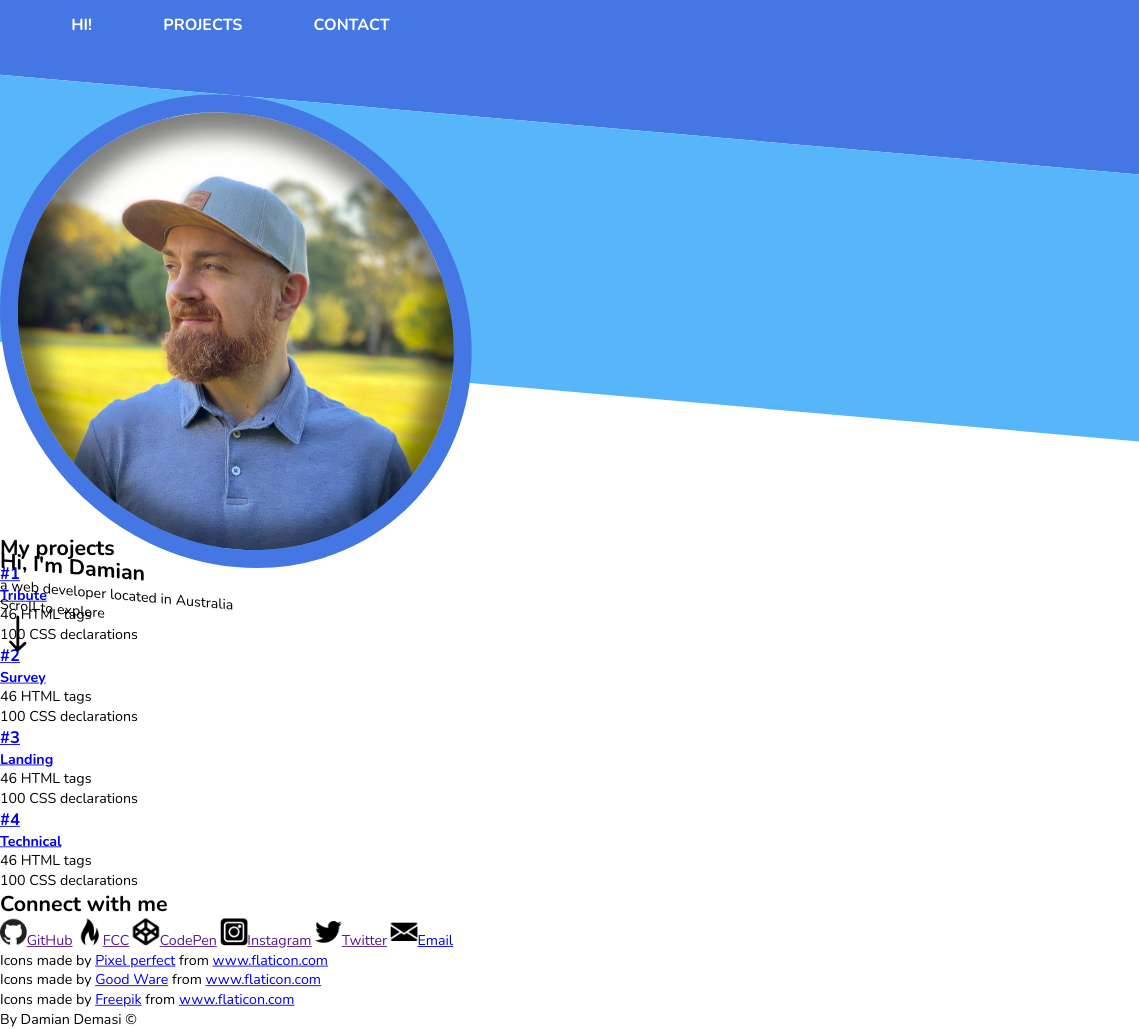
Repository: Colo-Codes/freecodecamp-05-Personal-Portfolio-Webpage
Page: index.html
An editor plug-in stored every save of this project. The page is shown before and after the next save, followed by the edit.
The browser window is 1280 px wide. The pictures show the whole page, at 89% of full size.

Above is the page before, as saved 2021-06-03 11:59:31.

### index.html
<!DOCTYPE html>
<html lang="en">
<head>
    <meta charset="UTF-8">
    <meta http-equiv="X-UA-Compatible" content="IE=edge">
    <meta name="viewport" content="width=device-width, initial-scale=1.0">
    <link rel="preconnect" href="https://fonts.gstatic.com">
    <link href="https://fonts.googleapis.com/css2?family=Nunito:wght@300;400;700&display=swap" rel="stylesheet">
    <link rel="stylesheet" href="./css/index.css">
    <title>Personal Portfolio Webpage</title>
</head>
<body>
    <header>
        <navbar id="navbar">
            <ul id="navbar-flex-container">
                <li class="navbar-flex-item">Hi!</li>
                <li class="navbar-flex-item">Projects</li>
                <li class="navbar-flex-item">Contact</li>
            </ul>
        </navbar>
    </header>

    <section id="welcome-section">
        <div id="top-layer">
            <div id="hero-img" role="img" aria-label="Damian's profile picture: he has a hat, beard, and he is looking left while standing on a green field."></div>
            <h1>Hi, I'm Damian</h1>
            <p>a web developer located in Australia</p>
            <p>Scroll to explore</p>
            <img src="./img/down-arrow.png" alt="Arrow pointing down." height="40px">
        </div>
        <div id="bottom-layer"></div>
    </section>

    <section id="projects">
        <h2>My projects</h2>

        <div class="project-card">
            <div class="project-tile">
                <a href="#project1"><h3>#1</h3><h4>Tribute</h4></a>
            </div>
            <p>46 HTML tags</p>
            <p>100 CSS declarations</p>
        </div>

        <div class="project-card">
            <div class="project-tile">
                <a href="#project1"><h3>#2</h3><h4>Survey</h4></a>
            </div>
            <p>46 HTML tags</p>
            <p>100 CSS declarations</p>
        </div>

        <div class="project-card">
            <div class="project-tile">
                <a href="#project1"><h3>#3</h3><h4>Landing</h4></a>
            </div>
            <p>46 HTML tags</p>
            <p>100 CSS declarations</p>
        </div>

        <div class="project-card">
            <div class="project-tile">
                <a href="#project1"><h3>#4</h3><h4>Technical</h4></a>
            </div>
            <p>46 HTML tags</p>
            <p>100 CSS declarations</p>
        </div>

    </section>

    <section id="contact">
        <h2>Connect with me</h2>
        <a href="" id="profile-link" target="_blank"><img src="./img/github.png" width="30px">GitHub</a>
        <a href="" id="profile-link-fcc" target="_blank"><img src="./img/fire.png" width="30px">FCC</a>
        <a href="" id="profile-link-codepen" target="_blank"><img src="./img/3d-outlined-shape.png" width="30px">CodePen</a>
        <a href="" id="profile-link-instagram" target="_blank"><img src="./img/instagram.png" width="30px">Instagram</a>
        <a href="" id="profile-link-twitter" target="_blank"><img src="./img/twitter.png" width="30px">Twitter</a>
        <a href="mailto:damian.demasi.1@gmail.com" id="profile-link-email" target="_blank"><img src="./img/email.png" width="30px">Email</a>
    </section>

    <footer>
        <div>Icons made by <a href="https://www.flaticon.com/authors/pixel-perfect" title="Pixel perfect">Pixel perfect</a> from <a href="https://www.flaticon.com/" title="Flaticon">www.flaticon.com</a></div>
        <div>Icons made by <a href="https://www.flaticon.com/authors/good-ware" title="Good Ware">Good Ware</a> from <a href="https://www.flaticon.com/" title="Flaticon">www.flaticon.com</a></div>
        <div>Icons made by <a href="https://www.freepik.com" title="Freepik">Freepik</a> from <a href="https://www.flaticon.com/" title="Flaticon">www.flaticon.com</a></div>
        <p>By Damian Demasi &copy;</p>
    </footer>
</body>
</html>

### css/index.css
/* @media */

/* The height of the welcome section should be equal to the height of the viewport. */

/* The navbar should always be at the top of the viewport. */

/* Border-box and font-size */
html {
    box-sizing: border-box;
    font-size: 16px;
}
body {
    font-family: 'Nunito', sans-serif;
}

/* Reset margins and set global values */

*, *::before, *::after {
    box-sizing: inherit;
    margin: 0;
    padding: 0;
}

/* Navbar */

#navbar {
    display: block;
    background-color: #4477E3;
    /* 1rem = 16px -> 18.75rem = 300px */
    height: 18.75rem;
    width: 100%;
    transform: skewY(5deg) translateY(-10rem);
}
#navbar-flex-container {
    display: flex;
    /* align-items: center; */
    /* justify-content: space-around; */
    height: 100%;
    transform: skewY(-5deg) translateY(5rem);

}
.navbar-flex-item {
    list-style: none;
    margin: 6rem 0 0 5rem;
    font-style: normal;
    font-weight: bold;
    font-size: 1.125rem;
    text-transform: uppercase;
    color: white;
}

/* Hero */

#top-layer {
    display: block;
    background: #57B5FA;
    /* 1rem = 16px -> 18.75rem = 300px */
    height: 18.75rem;
    width: 100%;
    transform: skewY(5deg) translateY(-10rem);
}

#hero-img {
    border-radius: 50%;
    width: 33.125rem;
    height: 33.125rem;
    border: 20px solid #4477E3;
    background: url(../img/6D5BF231-2A3E-4029-9EFE-9C82AF0D506F_1_105_c.jpeg);
    background-position: center;
    background-size: contain;
    background-repeat: no-repeat;
    box-shadow: inset 0px 0px 25px 25px rgba(0, 0, 0, 0.5);
}

After the next save:
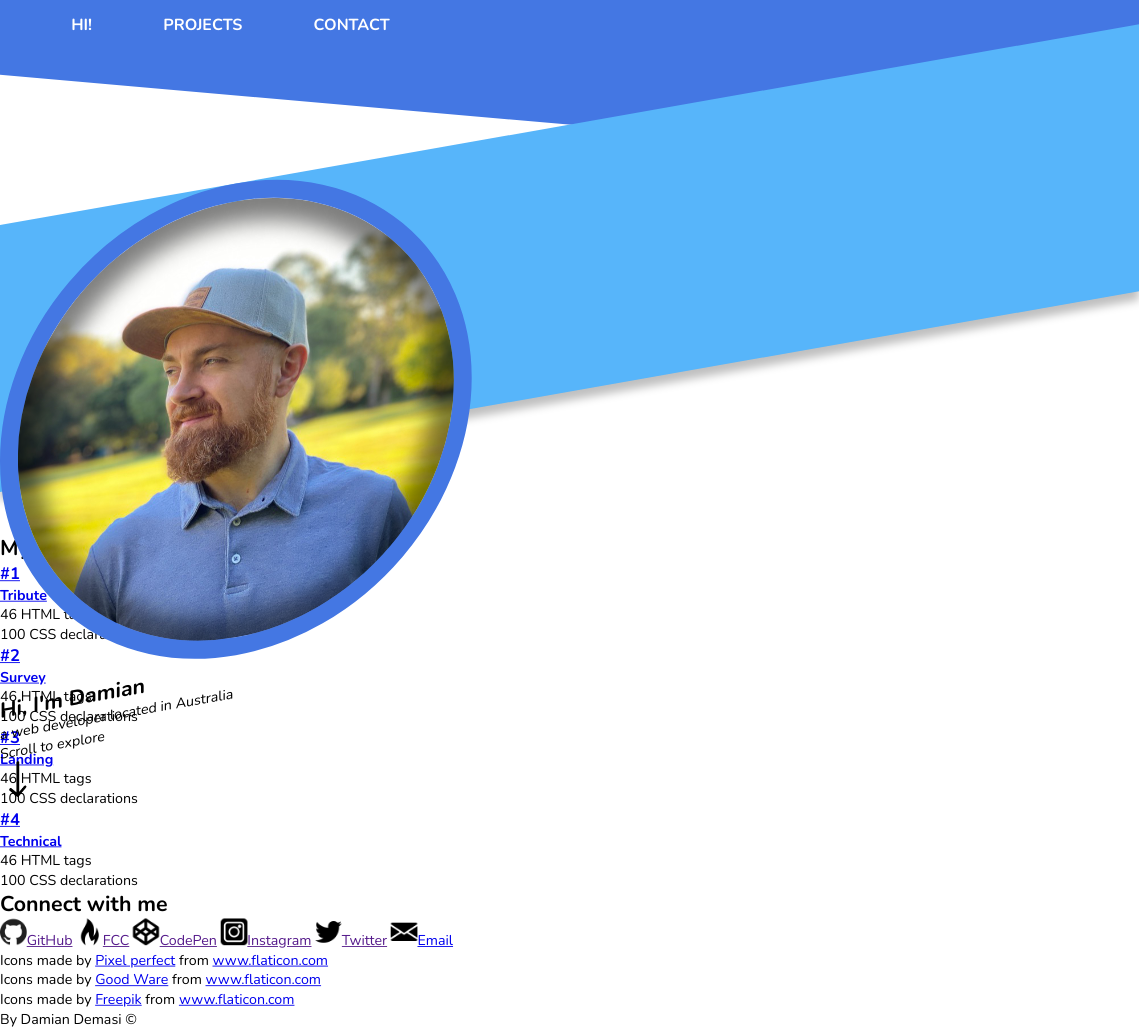
Saved 34 s later.
--- a/css/index.css
+++ b/css/index.css
@@ -57,7 +57,8 @@ body {
     /* 1rem = 16px -> 18.75rem = 300px */
     height: 18.75rem;
     width: 100%;
-    transform: skewY(5deg) translateY(-10rem);
+    transform: skewY(-10deg) translateY(-10rem);
+    box-shadow: 0px 10px 10px rgba(0, 0, 0, 0.25);
 }
 
 #hero-img {
